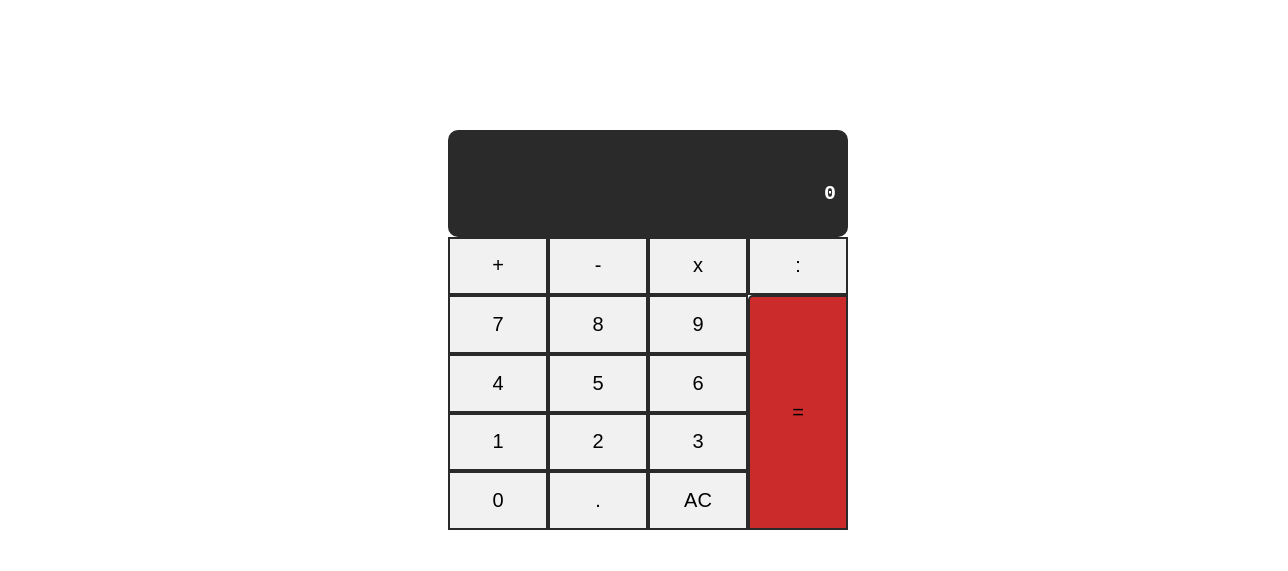
Repository: CryptoFamilyNFT/develhope
Page: css/Grid 2/calculator.html
These files come from the project's save history. The page is drawn as it stood at one moment and after the next save; the edit follows.
The browser window is 1280 px wide. The page is 1288 px wide, so the pictures cover 1288 px, including what lies to the right of the window. The pictures show the whole page.

Above is the page before, as saved 2024-11-18 09:26:18.

After the next save:
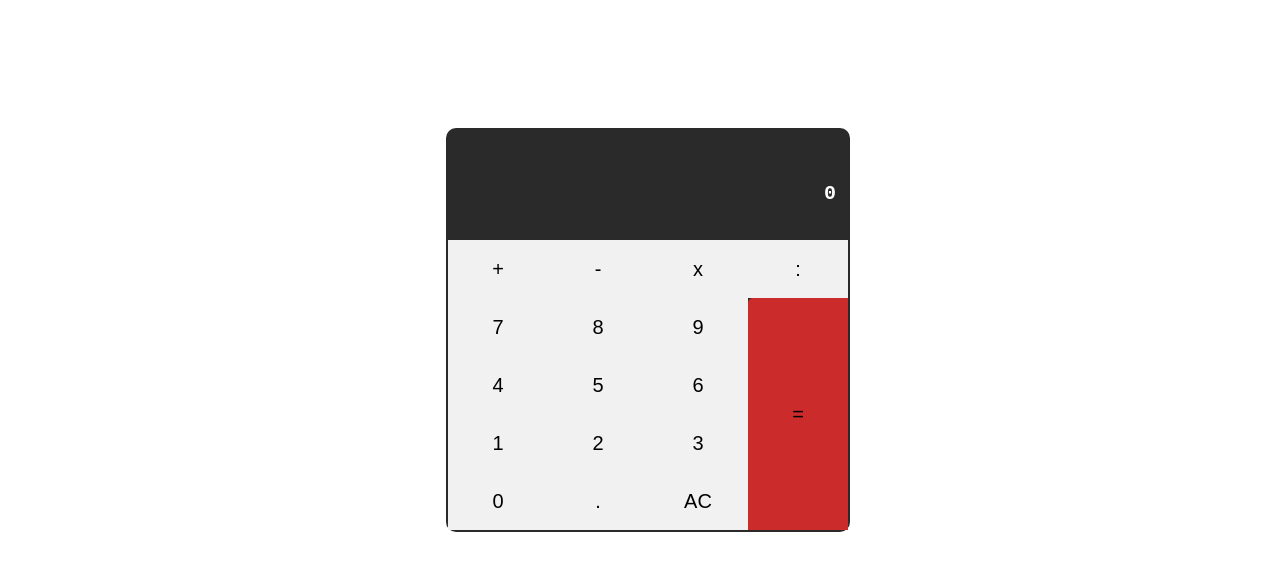
Saved 34 s later.
--- a/css/Grid 2/calculator.css
+++ b/css/Grid 2/calculator.css
@@ -14,6 +14,7 @@ body {
     grid-template-columns: repeat(4, 1fr);
     border: 2px solid transparent;
     border-radius: 10px;
+    background-color: #2b2a2a;
 }
 
 .result {
@@ -58,7 +59,6 @@ button {
     background-color: #f1f1f1;
     font-size: 20px;
     cursor: pointer;
-    border: 2px solid #2b2a2a;
 }
 
 button[id="equal"] {
